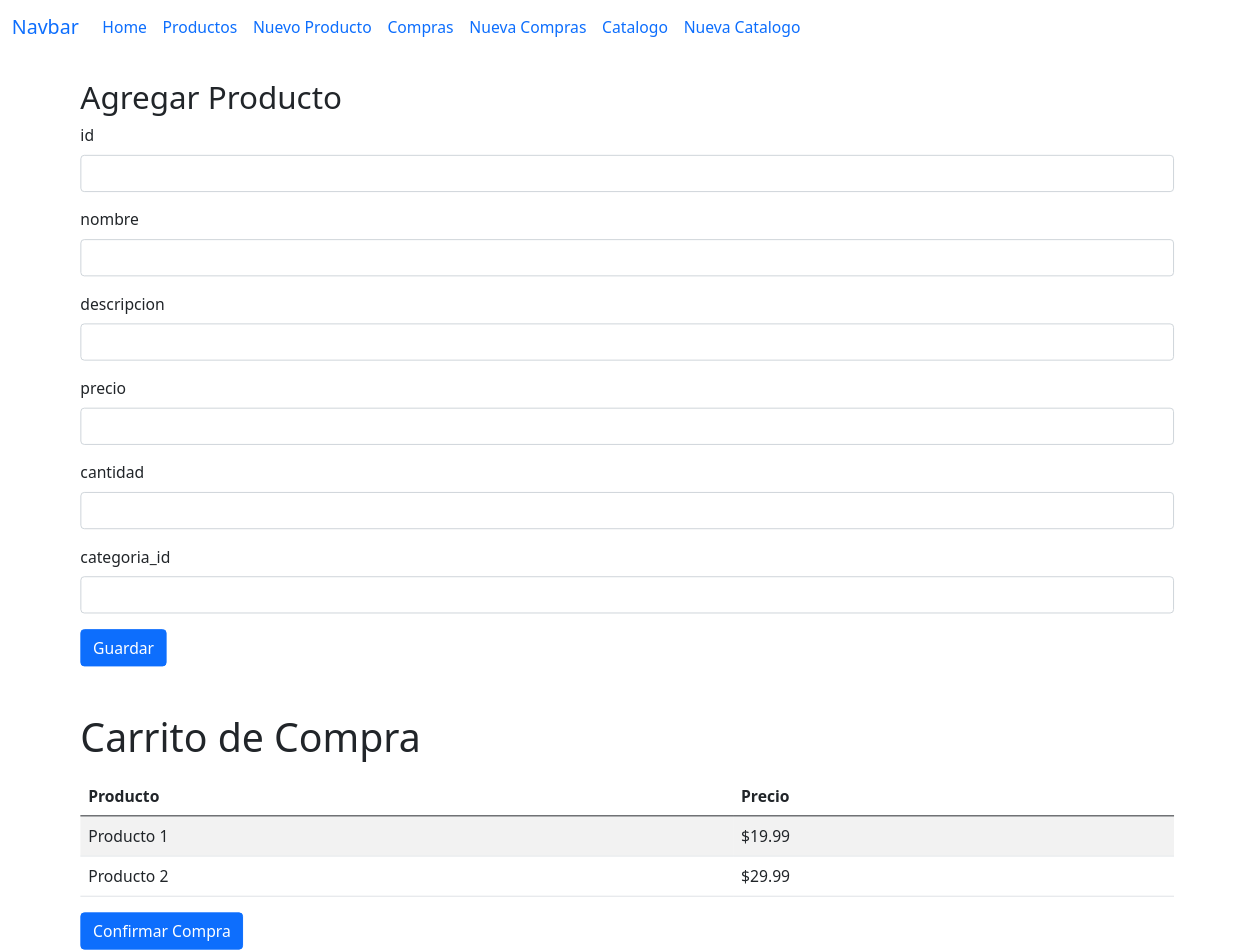
Repository: pedromv753/lp2
Page: http://localhost/nuevoproductos
These files come from the project's save history. The page is drawn as it stood at one moment and after the next save; the edit follows.
The browser window is 1280 px wide. The pictures show the whole page, at 98% of full size.
The page is this project's Thymeleaf template; nobody is signed in. The template is opened directly, without the code that normally fills it, so the values that code supplies are empty.

Above is the page before, as saved 2023-10-26 02:33:41.

After the next save:
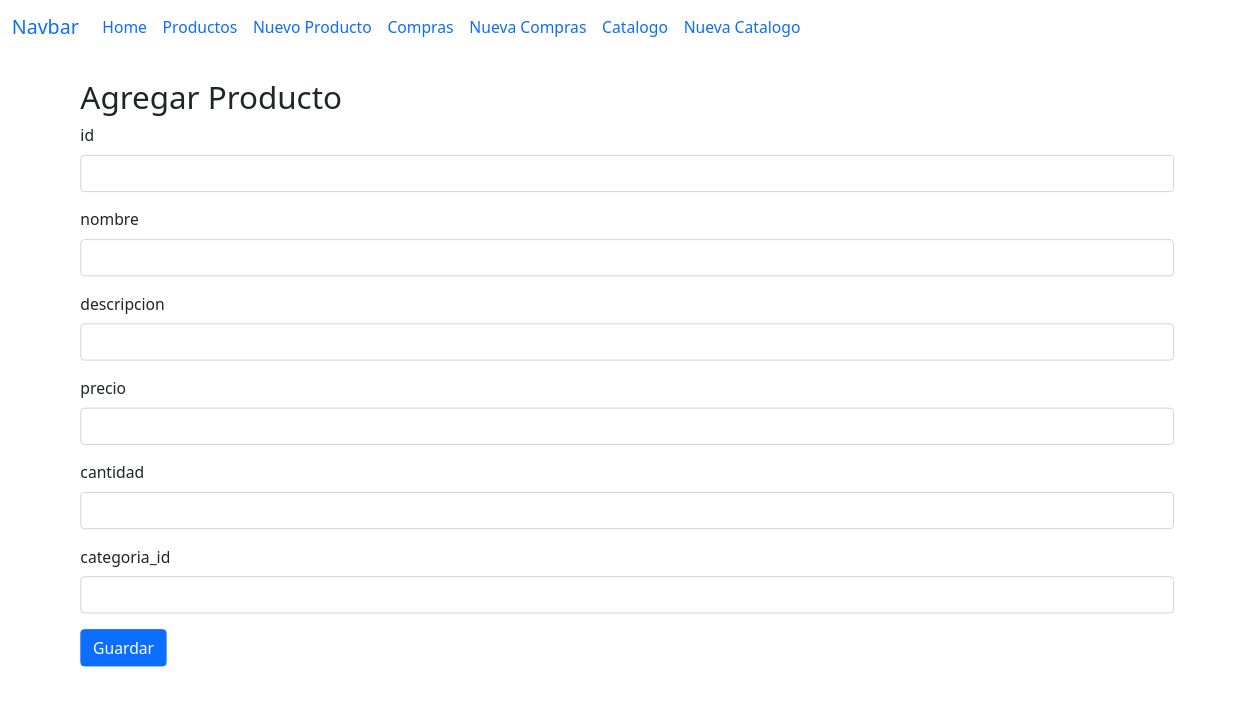
Saved 52 s later.
--- a/examenpedromamanivalle/tienda/src/main/resources/templates/nuevoproductos.html
+++ b/examenpedromamanivalle/tienda/src/main/resources/templates/nuevoproductos.html
@@ -69,34 +69,6 @@
 			<button type="submit" class="btn btn-primary">Guardar</button>
 		</form>
 	</div>
-
-	<div class="container">
-        <h1 class="mt-5">Carrito de Compra</h1>
-        <table class="table table-striped mt-3">
-            <thead>
-                <tr>
-                    <th>Producto</th>
-                    <th>Precio</th>
-                </tr>
-            </thead>
-            <tbody>
-                <!-- Aquí puedes listar los productos en el carrito. Puedes usar un bucle para mostrar varios productos. -->
-                <tr>
-                    <td>Producto 1</td>
-                    <td>$19.99</td>
-                </tr>
-                <tr>
-                    <td>Producto 2</td>
-                    <td>$29.99</td>
-                </tr>
-            </tbody>
-        </table>
-
-        <form action="/productos" method="post">
-            <button type="submit" class="btn btn-primary">Confirmar Compra</button>
-        </form>
-    </div>
-
 </body>
 
 </html>
